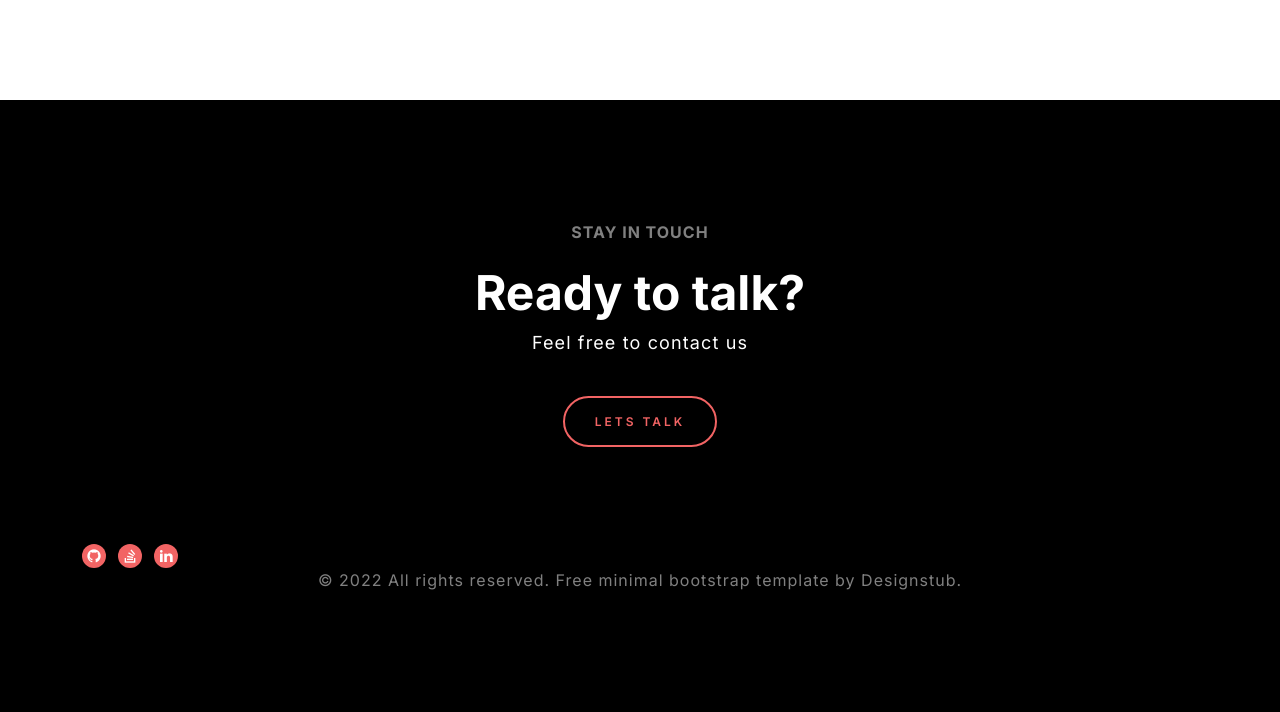
Repository: lxcxcxlxmb/portfolio
Page: index.html
These files come from the project's save history. The page is drawn as it stood at one moment and after the next save; the edit follows.
The browser window is 1280 px wide. The pictures show the part of the page from y = 3246 to 3958 px (the page is 3958 px tall).
A picture or video elsewhere on the page could not be fetched, so the positions and the page height are approximate.

Above is the page before, as saved 2022-05-24 19:56:14.

After the next save:
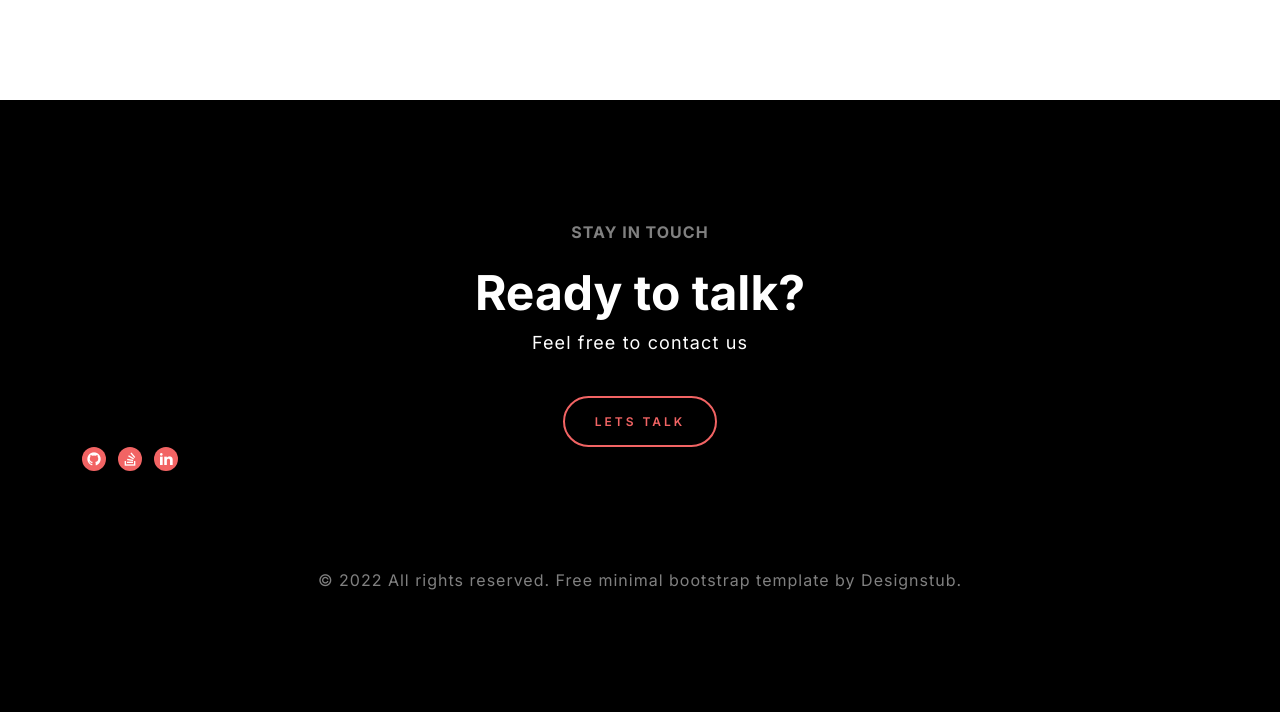
Saved 37 s later.
--- a/index.html
+++ b/index.html
@@ -210,12 +210,12 @@
           <h4>Ready to talk?</h4>
           <p>Feel free to contact us</p>
           <a href="mailto:test@test.com" class="ds-button">Lets Talk</a>
-        </section>
-        <ul class="ds-social">
+          <ul class="ds-social">
           <li><a href="#" target="_blank"><i class="ri-github-fill"></i></a></li>
           <li><a href="#" target="_blank"><i class="ri-stack-overflow-line"></i></a></li>
           <li><a href="#" target="_blank"><i class="ri-linkedin-fill"></i></a></li>
         </ul>
+        </section>
         <span class="ds-copyright">© 2022 All rights reserved. Free minimal bootstrap template by <a href="https://designstub.com/" target="_blank">Designstub</a>.</span>
      </div>
    </footer>
